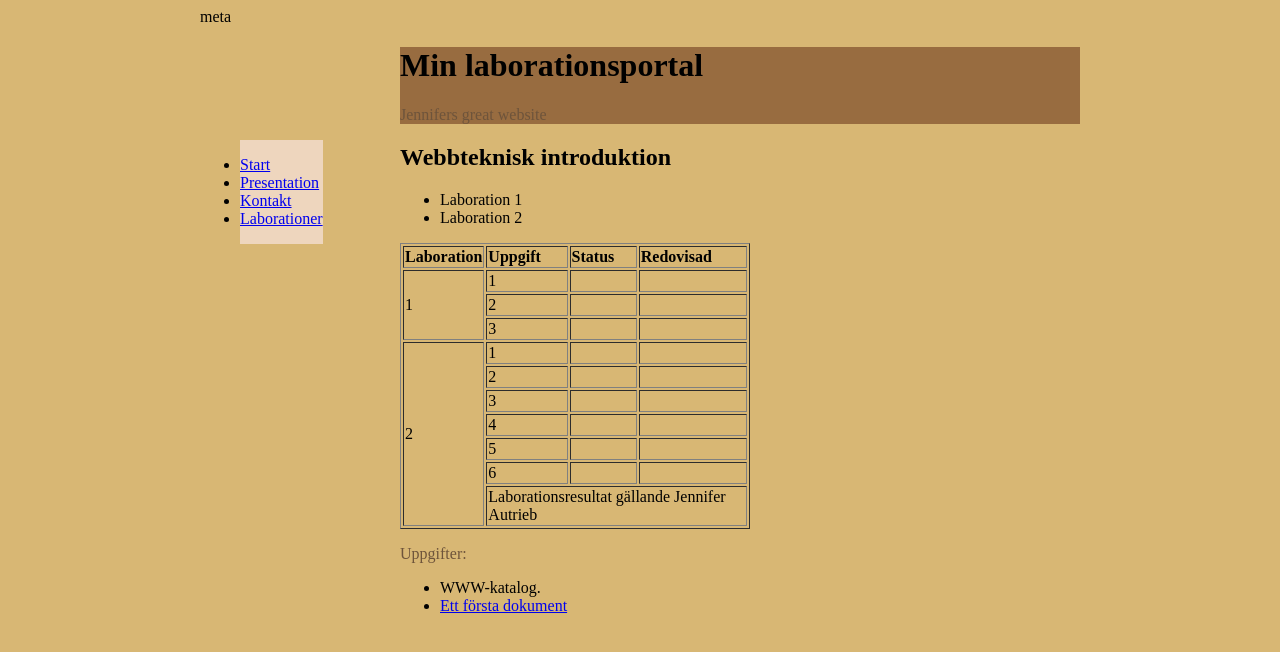
Repository: JeAut/1ik415-JeAut-laborationer
Page: WWW/pages/laborationer.html
The author's editor kept a record of every edit. The page is drawn from the files as they stood at one moment, then again after the next edit.
The browser window is 1280 px wide. The pictures show the whole page.

Above is the page before.

### WWW/pages/laborationer.html
<!DOCTYPE html>
<html>
    <head>
        <meta http-equiv="content-type" content="text/html; charset=utf-8" />
        <title>`substitute(Filename('', 'Page Title'), '^.', '\u&', '')`</title>
        meta
        <link rel="stylesheet" href="../../css/style.css"/>
    </head>
    <body>
    <div id="body">
        <div id="header"><h1>Min laborationsportal</h1>
        <p>Jennifers great website</p></div>

        <ul>
            <div id="navigation"><p><li><a href="../../index.html"> Start</a></li>
            <li><a href="Presentation.html"> Presentation</a></li>
            <li><a href="kontakt.html"> Kontakt</a></li>
            <li><a href="laborationer.html"> Laborationer</a></li></p></div>
        </ul>
        <div id="container"><h2>Webbteknisk introduktion</h2>

        <ul>
            <li>Laboration 1</li>
            <li>Laboration 2</li>
        </ul>

        <table width="350" border="1">
        <tr>
        <td><b>Laboration</b></td>
        <td><b>Uppgift</b></td>
        <td><b>Status</b></td>
        <td><b>Redovisad</b></td>
        </tr>
        <tr>
            <td rowspan="3">1</td>
            <td>1</td>
            <td></td>
            <td></td>
        </tr>
        <tr>
            <td>2</td>
            <td></td>
            <td></td>
        </tr>
        <tr>
            <td>3</td>
            <td></td>
            <td></td>
        </tr>
        <tr>
            <td rowspan="9">2</td>
            <td>1</td>
            <td></td>
            <td></td>
        </tr>
        <tr>
            <td>2</td>
            <td></td>
            <td></td>
        </tr>
        <tr>
            <td>3</td>
            <td></td>
            <td></td>
        </tr>
        <tr>
            <td>4</td>
            <td></td>
            <td></td>
        </tr>
        <tr>
            <td>5</td>
            <td></td>
            <td></td>
        </tr>
        <tr>
            <td>6</td>
            <td></td>
            <td></td>
        </tr>
        <td colspan="4">Laborationsresultat gällande Jennifer Autrieb</td>
        </table>

        <p>Uppgifter:</p>

        <ul>
        <li>WWW-katalog.</li>
        <li><a href="Presentation.html#doc"> Ett första dokument</a></li>
        </ul>
        </div>
        </div>
    </body>
</html>

### css/style.css
/*Layout*/

#navigation {
    display:block;
    float:left;
    background-color:#EED6BE;
}

#container {
    display:block;
    background-color:#D8B774;
    margin-left:200px;
}

#header {
    display:block;
    margin-left:200px;
    background-color:#986C40;
}







nav {display:block; float:left; background-color:#EED6BE;}
container {display:block; background-color:#D8B774; margin-left:200px;}
header {display:block; margin-left:200px; background-color:#986C40;}
body {margin-right:200px; margin-left:200px; background-color:#D8B774;}
p {color:#6E543B;}

After the next edit:
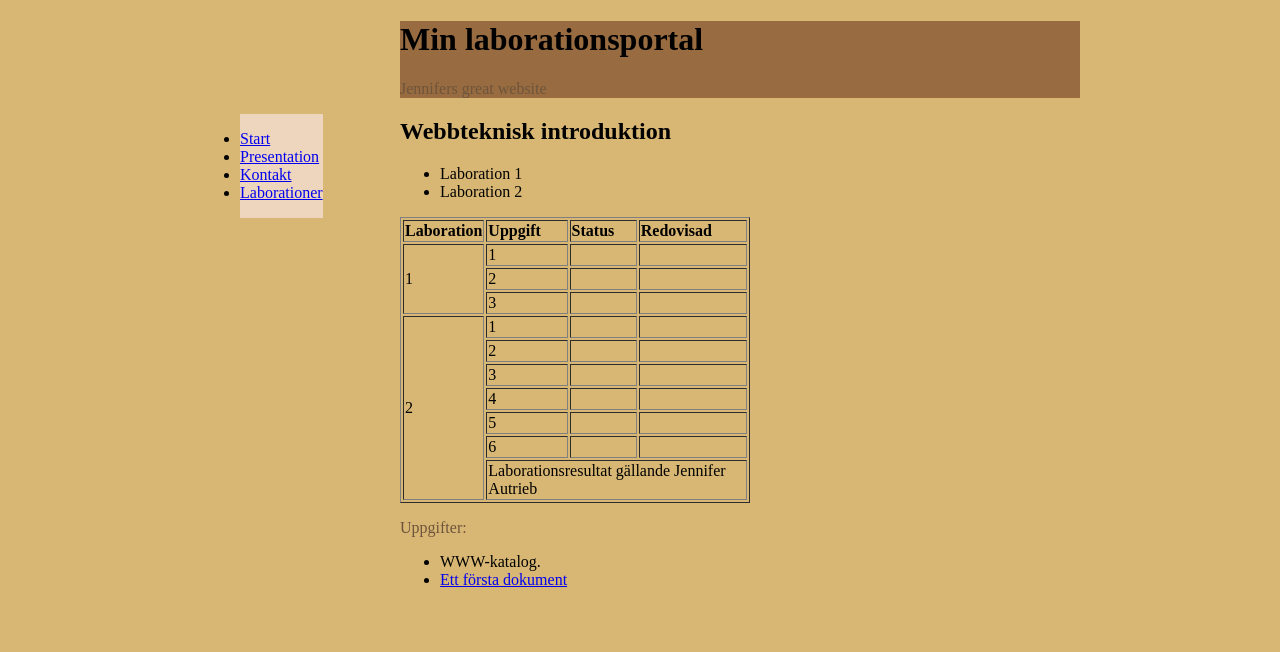
The edit:
--- a/WWW/pages/laborationer.html
+++ b/WWW/pages/laborationer.html
@@ -2,8 +2,8 @@
 <html>
     <head>
         <meta http-equiv="content-type" content="text/html; charset=utf-8" />
-        <title>`substitute(Filename('', 'Page Title'), '^.', '\u&', '')`</title>
-        meta
+        <title>Laborationer</title>
+
         <link rel="stylesheet" href="../../css/style.css"/>
     </head>
     <body>
